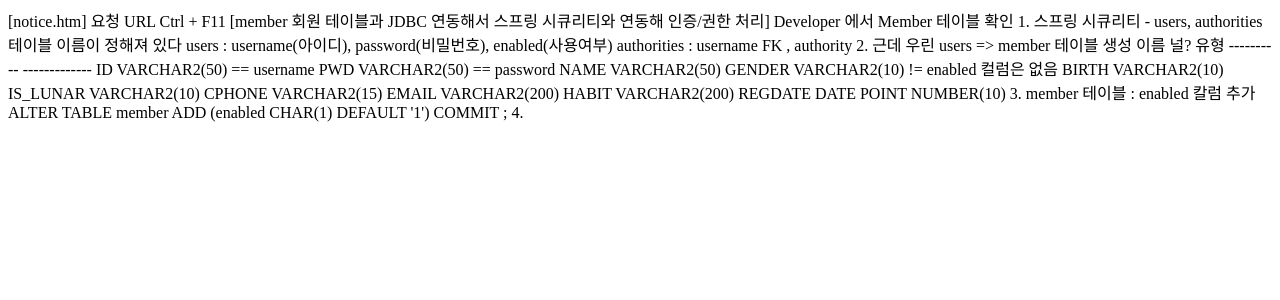
Repository: Vida0822/-
Page: SL11_SECURITY2_JDBC/src/main/webapp/customer/notice.htm
These files come from the project's save history. The page is drawn as it stood at one moment and after the next save; the edit follows.
The browser window is 1280 px wide. The pictures show the whole page.

Above is the page before, as saved 2023-07-05 00:31:33.

After the next save:
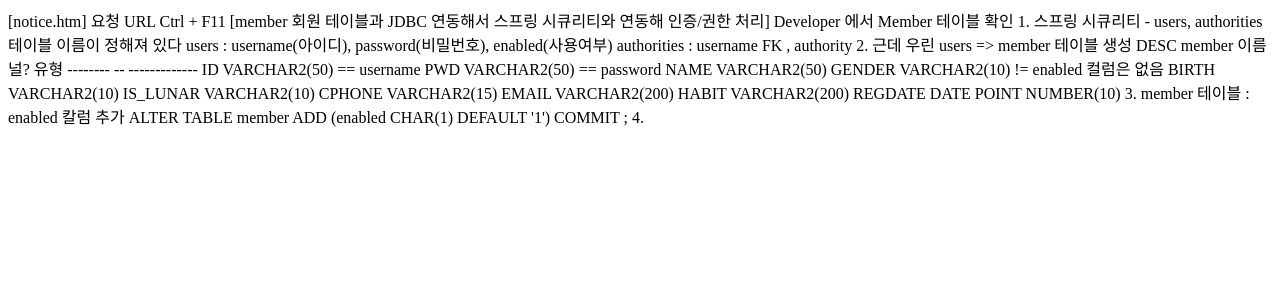
Saved 9 s later.
--- a/SL11_SECURITY2_JDBC/src/main/webapp/customer/notice.htm
+++ b/SL11_SECURITY2_JDBC/src/main/webapp/customer/notice.htm
@@ -12,6 +12,9 @@ Ctrl + F11
 
 
 2. 근데 우린 users => member 테이블 생성
+
+DESC member
+
 이름       널? 유형
 -------- -- -------------
 ID          VARCHAR2(50)  				== username
